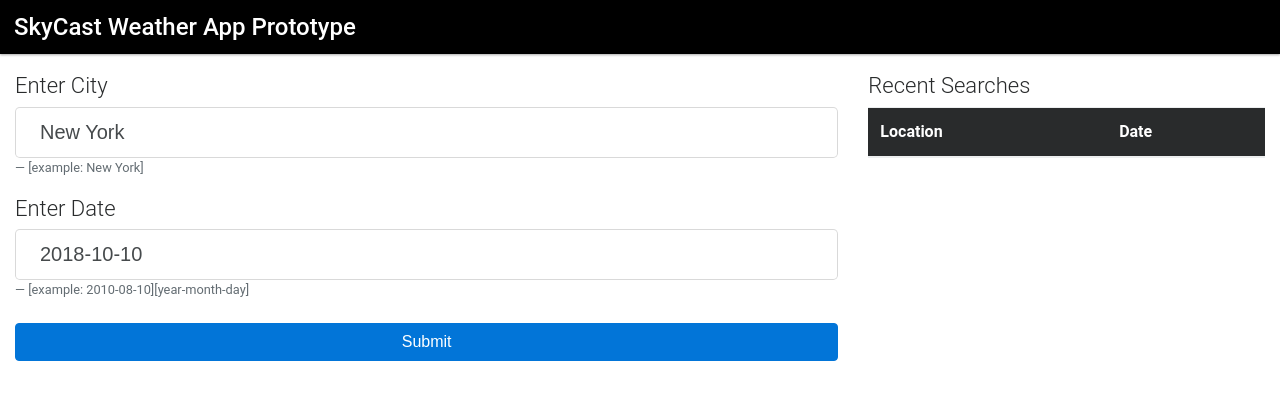
Repository: Oakga/Weather_app
Page: index.html
The author's editor kept a copy of each file at every save. The page is drawn from the files as they stood at one save, then again after the next save.
The browser window is 1280 px wide. The pictures show the whole page.
Some web libraries are served in a nearby version.

Above is the page before, as saved 2017-09-25 05:39:05.

### index.html
<!DOCTYPE html>
<html>
<head>
    <meta charset="utf-8">
    <link rel="stylesheet" href="https://maxcdn.bootstrapcdn.com/bootstrap/4.0.0-alpha.6/css/bootstrap.min.css" integrity="sha384-rwoIResjU2yc3z8GV/NPeZWAv56rSmLldC3R/AZzGRnGxQQKnKkoFVhFQhNUwEyJ" crossorigin="anonymous">
     <link href="css/styles.css" rel="stylesheet" type="text/css">
     <script src="https://cdnjs.cloudflare.com/ajax/libs/Chart.js/2.1.4/Chart.min.js"></script>
    <script src="https://unpkg.com/axios/dist/axios.min.js"></script>
</head>
<body>
    <header>
        <h1>SkyCast Weather App Prototype</h1>
    </header>
    <div class="container-fluid">
        <div class="row">
            <div class="col-sm-8">
                <form id="location-form">
                    <h2>Enter City</h2><input value="New York" type="text" id="location-input" class="form-control form-control-lg "/>
                    <footer class="blockquote-footer">[example: New York]</footer>
                    <h2>Enter Date</h2><input value="2018-10-10" type="text" id="date-input" class="form-control form-control-lg "/>
                    <footer class="blockquote-footer">[example: 2010-08-10][year-month-day]</footer>
                    <br>
                    <button type="submit" class="btn btn-primary btn-block">Submit</button>
                </form>
                <div id="formatted-address"></div>
                <div id="geometry-component"></div>
                <div id="weeklyWeather-component"></div>
            </div>
            <div class="col-sm-4">
                <h2>Recent Searches</h2>
                <table class="table table-hover">
                    <thead class="thead-inverse">
                        <tr>
                            <th>Location</th>
                            <th>Date</th>
                        </tr>
                        <tbody id="history-table">
                        </tbody>
                    </thead>
                </table>
                <div id="dailyWeather-component"></div>
                <div id="dropDownMenu-component"></div>
                <canvas id="myChart" width="400" height="400"></canvas>
            </div>
        </div>
    </div>
</div>
<script type='text/javascript' src="js/main.js"></script>
<script type='text/javascript' src="js/config.js"></script>
<script type='text/javascript' src="js/models.js"></script>
</body>
</html>

### css/styles.css
body {
    font-family: 'Roboto', 'Sans Serif';
    font-size: 16px;
    padding: 0;
    margin: 0;
}

header {
    background-color: #000000;
    padding: 14px;
    box-shadow: 0 1px 3px rgba(0,0,0,0.12), 0 1px 2px rgba(0,0,0,0.24);
}

h1, h2, h3 {
    font-weight: 300;
}

header > h1 {
    font-weight: 500;
    font-size: 24px;
    margin: 0;
    color: #FFFFFF;
}

h2 {
    font-size: 22px;
    margin: 20px 0 8px 0;
}

.table {
    border-radius: 5px;
    width: 100%;
    float: none;
}

#history-table > tr {
    cursor: pointer;
}

### js/main.js
const geoCode = (location, time=Date.now()) => {
    const api_key = config.GOOGLE_API_KEY;
    axios.get('https://maps.googleapis.com/maps/api/geocode/json',{
    params:{
        address: location,
        key: api_key,
    }
}).then(function(response){
    const formattedAddr = response.data.results[0].formatted_address;
    const formattedAddrOutput = `
    <h2> Current Search Location: </h2>
    <ul class="list-group">
    <li class="list-group-item">
    ${formattedAddr}
    </li>
    </ul>
    `;
    let addressComponents = response.data.results[0].address_components;
    let lat = Math.round(response.data.results[0].geometry.location.lat*10000)/10000;
    let lng = Math.round(response.data.results[0].geometry.location.lng*10000)/10000;
    let geometryOutput = `
    <ul class="list-group">
    <li class="list-group-item">
    <strong>
    Latitude
    </strong>: ${lat}
    </li>
    <li class="list-group-item">
    <strong>
    Longitude
    </strong>: ${lng}
    </li>
    </ul>
    <br>
    `;
    document.getElementById('formatted-address').innerHTML = formattedAddrOutput;
    document.getElementById('geometry-component').innerHTML = geometryOutput;

    darkSky(lat,lng,time);
    updateHistory(formattedAddr,time);
})
};

const darkSky = (lat, lng, date = Date.now()) => {
    const api_key = config.DARKSKY_API_KEY;
    let apiCall = `https://cors-anywhere.herokuapp.com/https://api.darksky.net/forecast/a467fea14c1e42d510075082c4e8013a/40.7128,-74.0059`;
    axios.get(apiCall,{
        headers: {
            'X-Requested-With': 'XMLHttpRequest',
        },
    }).then(function(response){
        const currentDate =  response.data.currently;
        const WeeklyDateArry = response.data.daily.data;
        createWeeklyReportTable(WeeklyDateArry);
        createTodayReportTable(currentDate);
    })
    .catch(function(error){
        console.log(error);
        const alert = `
        <div class="alert alert-danger" role="alert">
        <strong>${error}</strong>
        </div>
        `;
        document.getElementById('weeklyWeather-component').insertAdjacentHTML("afterbegin",alert);
    })
    ;
};
const createWeeklyReportTable = (data) => {
    let weeklyReport = [];
    let formattedTime;
    for(let i=0;i<data.length;i++){
        formattedTime= convertToDateTime(data[i].time);
        const dayReport = weeklyReport[i] = new foreCastReport(
            formattedTime,
            Math.round(data[i].humidity*100),
            Math.round(data[i].precipProbability*100),
            data[i].precipIntensity,
            data[i].windSpeed,
            data[i].temperatureMax,
            data[i].temperatureMin,
        );
    };
    let columnNames = ``;
    const units = ['','','','(mm/hr)','(m/s)','(`C)','(`C)'];
    let counter = 0;
    for ( property in weeklyReport[0] ) {
        columnNames += `
        <th>
        ${property}${units[counter]}
        </th>
        `;
        counter++;
    };

    let itemRows = ``;
    let reportForTheDay;
    for(var i=0;i<weeklyReport.length;i++){
        reportForTheDay=weeklyReport[i];
        itemRows += `
        <tr>
        <th scope="row">${reportForTheDay.Date}</th>
        <td>${reportForTheDay.Humidity}%</td>
        <td>${reportForTheDay.Precipitation}%</td>
        <td>${reportForTheDay.Intensity}</td>
        <td>${reportForTheDay.Wind}</td>
        <td>${reportForTheDay.MaxTemperature}</td>
        <td>${reportForTheDay.MinTemperature}</td>
        </tr>`
    };

    let tableOutput = `
    <h2> Upcoming Forecasts </h2>
    <table class="table">
    <thead class="thead-inverse" id="table-index">
    ${columnNames}
    </thead>
    <tbody>
    ${itemRows}
    </tbody>
    </table>
    `;
    document.getElementById('weeklyWeather-component').innerHTML = tableOutput;
    const series = weeklyReport.map(function(item) { return item["Humidity"]; });
    addDropDownMenu(weeklyReport);
    updateChart(series,"Humidity");
};

const addDropDownMenu = (data) => {
    const typeArray = [];
    for (const key of Object.keys(data[0])) {
        typeArray.push(key);
    }

    const defaultKey = typeArray[0];
    let dropDownList = ``;
    for( let element of typeArray){
        dropDownList+= `<li><a href="#">${element}</a></li>`
    }
    let dropDownMenuOutput =`
    <div class="dropdown">
    <button class="btn btn-secondary dropdown-toggle" type="button" id="dropdownMenuButton" data-toggle="dropdown" aria-haspopup="true" aria-expanded="false">
      Dropdown button
    </button>
    <div class="dropdown-menu" aria-labelledby="dropdownMenuButton">
      <a class="dropdown-item" href="#">Action</a>
      <a class="dropdown-item" href="#">Another action</a>
      <a class="dropdown-item" href="#">Something else here</a>
    </div>
  </div>
    `;

    document.getElementById('dropDownMenu-component').innerHTML = dropDownMenuOutput;
}

const createTodayReportTable = (data) => {
    let formattedTime = convertToDateTime(data.time);
        const dayReport = new todayReport(
            formattedTime,
            data.summary,
            Math.round(data.humidity*100),
            data.temperature,
            Math.round(data.precipProbability*100),
            data.precipIntensity,
            data.windSpeed,
        );

    const units = ['','','%','`C','%','%','m/s'];
    let reportOutput = ``;
    let counter = 0;
    for( property in dayReport){
        reportOutput+=`
        <li class="list-group-item">
        <strong>
        ${property}
        </strong>: ${dayReport[property]} ${units[counter]}
        </li>
        `;
        counter++;
    }
    ;

    let fullReportOutput = `
    <h2>Today Weather Report </h2>
    <ul class="list-group"></ul>
    ${reportOutput}
    </ul>
    <br>
    `;

    document.getElementById('dailyWeather-component').innerHTML = fullReportOutput;
};

const updateChart = (seriesData) => {
    const ctx = document.getElementById("myChart").getContext('2d');
    const myChart = new Chart(ctx, {
    type: 'bar',
    data: {
        labels: ["Sun", "Mon", "Tue", "Wed", "Thu", "Fri", "Sat"],
        datasets: [{
            label: 'Humidity',
            data: seriesData,
            borderWidth: 1
        }]
    },
    options: {
        scales: {
            yAxes: [{
                ticks: {
                    beginAtZero:true
                }
            }]
        }
    }
});
};

const convertToDateTime = (time) => {
    let date = new Date(time*1000);
    const months = ['Jan','Feb','Mar','Apr','May','Jun','Jul','Aug','Sep','Oct','Nov','Dec'];
    year = date.getFullYear();
    month = months[date.getMonth()];
    numDate = date.getDate();
    formattedTime = numDate + ' ' + month + ' ' + year;
    return formattedTime;
};

const convertToUnixTime = (time) => {
    return Date.parse(time)/1000;
};
const updateHistory = (location,time) => {
    const formattedTime = convertToDateTime(time);

    let itemRows = ``;
    itemRows += `
    <tr>
    <td>${location}</td>
    <td>${formattedTime}</td>
    </tr>`;


    const table = document.getElementById('history-table');
    if(table.childElementCount>=5){
        table.removeChild(table.firstElementChild);
    };
    document.getElementById('history-table').insertAdjacentHTML("afterbegin",itemRows);
};


document.getElementById('location-form').addEventListener('submit', function (e){
    e.preventDefault();
    const location = document.getElementById('location-input').value;
    const date = document.getElementById('date-input').value;
    if(date!==null){
        const unixTime = convertToUnixTime(date);
        geoCode(location,unixTime);
    }
    else {
        geoCode(location);
    };
});

### js/config.js
const config = {
    DARKSKY_API_KEY : 'a467fea14c1e42d510075082c4e8013a',
    GOOGLE_API_KEY : 'AIzaSyAkYBjwd7ygcP8GpAz47QsP3s3vaweLAE0'
};

### js/models.js
'use strict';
class foreCastReport {
    constructor(Date,Humidity,Precipitation,Intensity,Wind,MaxTemperature,MinTemperature){
        this.Date = Date;
        this.Humidity = Humidity;
        this.Precipitation = Precipitation;
        this.Intensity = Intensity;
        this.Wind = Wind;
        this.MaxTemperature = MaxTemperature;
        this.MinTemperature = MinTemperature;
    };
};

class todayReport {
    constructor(Date,Summary,Humidity,Temperature, Precipitation,Intensity,Wind,){
        this.Date = Date;
        this.Summary = Summary;
        this.Humidity = Humidity;
        this.Temperature = Temperature;
        this.Precipitation = Precipitation;
        this.Intensity = Intensity;
        this.Wind = Wind;
    };
};

After the next save:
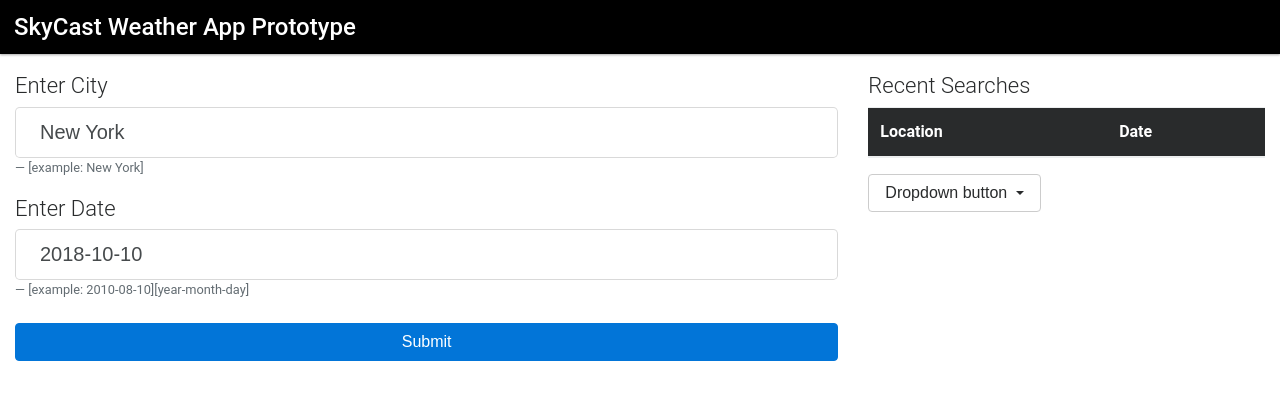
Saved 21 s later.
--- a/index.html
+++ b/index.html
@@ -40,6 +40,16 @@
                 </table>
                 <div id="dailyWeather-component"></div>
                 <div id="dropDownMenu-component"></div>
+                <div class="dropdown">
+                    <button class="btn btn-secondary dropdown-toggle" type="button" id="dropdownMenuButton" data-toggle="dropdown" aria-haspopup="true" aria-expanded="false">
+                      Dropdown button
+                    </button>
+                    <div class="dropdown-menu" aria-labelledby="dropdownMenuButton">
+                      <a class="dropdown-item" href="#">Action</a>
+                      <a class="dropdown-item" href="#">Another action</a>
+                      <a class="dropdown-item" href="#">Something else here</a>
+                    </div>
+                  </div>
                 <canvas id="myChart" width="400" height="400"></canvas>
             </div>
         </div>

After the save that followed:
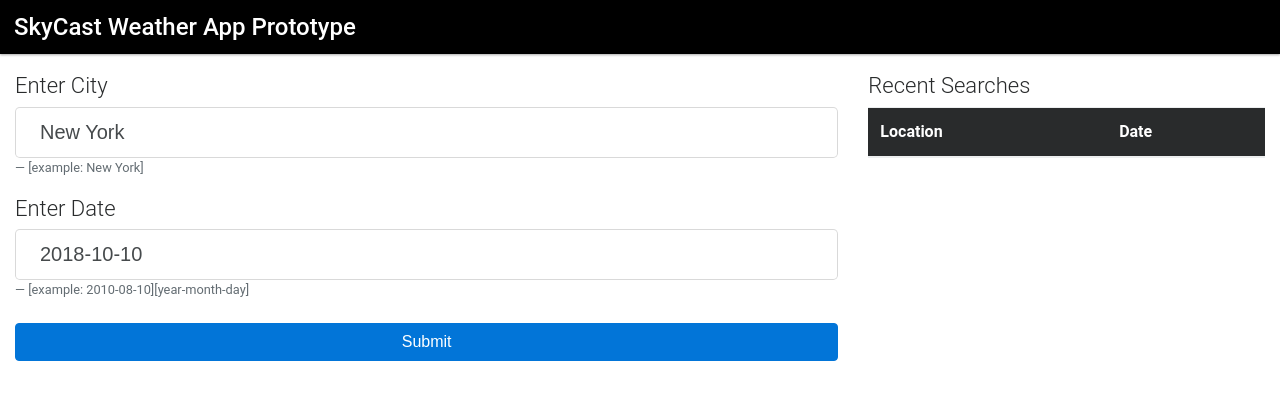
Saved 9 s later.
--- a/index.html
+++ b/index.html
@@ -40,16 +40,6 @@
                 </table>
                 <div id="dailyWeather-component"></div>
                 <div id="dropDownMenu-component"></div>
-                <div class="dropdown">
-                    <button class="btn btn-secondary dropdown-toggle" type="button" id="dropdownMenuButton" data-toggle="dropdown" aria-haspopup="true" aria-expanded="false">
-                      Dropdown button
-                    </button>
-                    <div class="dropdown-menu" aria-labelledby="dropdownMenuButton">
-                      <a class="dropdown-item" href="#">Action</a>
-                      <a class="dropdown-item" href="#">Another action</a>
-                      <a class="dropdown-item" href="#">Something else here</a>
-                    </div>
-                  </div>
                 <canvas id="myChart" width="400" height="400"></canvas>
             </div>
         </div>
